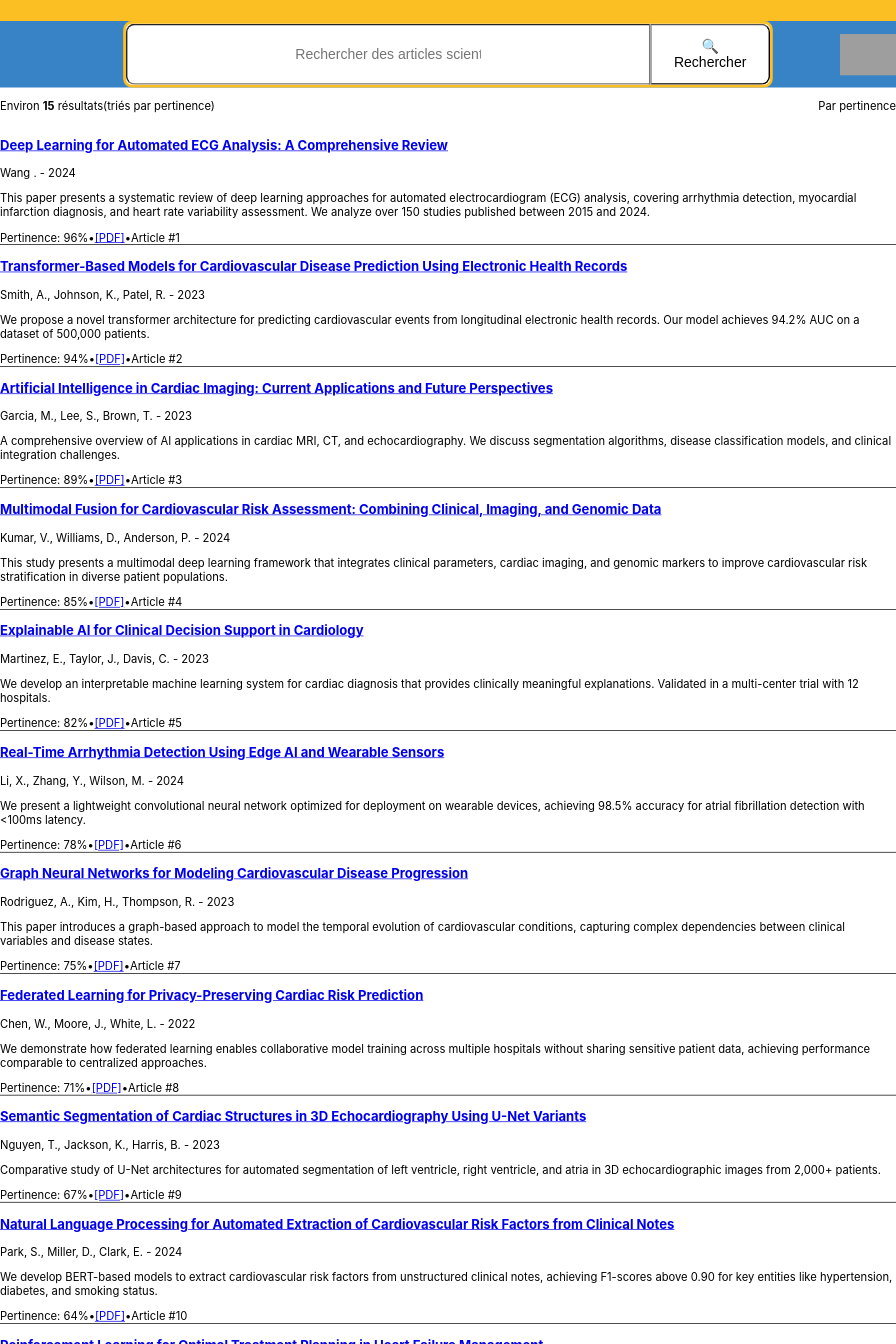
Repository: elh33/SemanticSciSearch
Page: / (app in frontend/)
The author's editor kept a copy of each file at every save. The page is drawn from the files as they stood at one save, then again after the next save.
The browser window is 1280 px wide. The pictures show the part of the page from y = 0 to 1920 px (the page is 2700 px tall), at 70% of full size.
Pictures or frames that could not be fetched are drawn as grey boxes. The project was rebuilt for these pictures with package versions that can differ from the ones it lists, and the page was loaded fresh each time.

Above is the page before, as saved 2025-11-21 23:22:11.

### frontend/index.html
<!DOCTYPE html>
<html lang="en">
  <head>
    <meta charset="UTF-8" />
    <meta name="viewport" content="width=device-width, initial-scale=1.0" />
    <title>SemanticSciSearch</title>
  </head>
  <body>
    <div id="root"></div>
    <script type="module" src="/src/index.tsx"></script>
  </body>
</html>

### frontend/src/index.tsx
import React from 'react';
import ReactDOM from 'react-dom';
import App from './App';
import './index.css';

ReactDOM.render(
  <React.StrictMode>
    <App />
  </React.StrictMode>,
  document.getElementById('root')
);

### frontend/src/App.tsx
import React from 'react';
// Importe le composant de recherche principal
import SearchResults from './components/SearchResults';

// Le composant App.tsx est le conteneur principal de l'application.
function App() {
  return (
    // Utilisation d'un fragment React (<>...</>) ou d'un <div> si tu as des styles globaux
    <>
      {/* Le composant SearchResults contient maintenant :
        - Le titre et le sous-titre de l'application.
        - La barre de recherche.
        - L'orchestration de la logique (appels à api.ts).
        - L'affichage de la liste des ArticleCard.
      */}
      <SearchResults />
    </>
  );
}

export default App;

### frontend/src/components/SearchResults.tsx
import React, { useState, useEffect } from 'react';
import { Article } from '../types';
import { searchArticles } from '../services/api';
import ArticleCard from './ArticleCard';

const SearchResults: React.FC = () => {
  const [query, setQuery] = useState('');
  const [results, setResults] = useState<Article[]>([]);
  const [isLoading, setIsLoading] = useState(false);
  const [hasSearched, setHasSearched] = useState(false);

  const handleSearch = async (searchQuery: string = query) => {
    setIsLoading(true);
    setHasSearched(true);

    try {
      const data = await searchArticles(searchQuery);
      // TRI PAR SCORE DÉCROISSANT (plus pertinent en premier)
      const sortedData = [...data].sort((a, b) => b.score - a.score);
      setResults(sortedData);
    } catch (error) {
      console.error("Erreur lors de la recherche:", error);
      setResults([]);
    } finally {
      setIsLoading(false);
    }
  };

  // Recherche initiale au chargement
  useEffect(() => {
    handleSearch('');
  }, []);

  const handleSubmit = (e: React.FormEvent) => {
    e.preventDefault();
    handleSearch();
  };

  return (
    <div className="min-h-screen bg-white">
      {/* BARRE JAUNE EN HAUT */}
      <div style={{ backgroundColor: '#fbbf24', height: '30px' }} className="w-full"></div>

      {/* En-tête avec fond bleu - GRANDE BARRE */}
      <div style={{ backgroundColor: '#3883c5ff' }} className="w-full sticky top-0 z-10 shadow-lg">
        <div className="max-w-7xl mx-auto px-4 py-8">
          <div className="flex items-center justify-between gap-6">
            {/* Espace vide à gauche pour centrer la barre */}
            <div className="flex-1"></div>

            {/* Barre de recherche au centre - ZONE PLUS GRANDE */}
            <form onSubmit={handleSubmit} className="flex-1 max-w-4xl">
              <div className="flex shadow-2xl" style={{ border: '4px solid #fbbf24', borderRadius: '12px', backgroundColor: 'white' }}>
                <input
                  type="text"
                  value={query}
                  onChange={(e) => setQuery(e.target.value)}
                  placeholder="Rechercher des articles scientifiques..."
                  className="flex-grow outline-none"
                  style={{
                    borderRadius: '12px 0 0 12px',
                    padding: '10px 240px',
                    fontSize: '20px'
                  }}
                />
                <button
                  type="submit"
                  className="text-white font-bold hover:opacity-90 transition-opacity"
                  style={{
                    backgroundColor: '#ffffffff',
                    borderRadius: '0 12px 12px 0',
                    padding: '18px 32px',
                    fontSize: '20px'
                  }}
                >
                  🔍 Rechercher
                </button>
              </div>
            </form>

            {/* Logo fleur.png à droite */}
            <div className="flex-1 flex justify-end">
              <img
                src="/fleur.png"
                alt="Logo"
                className="object-contain"
                style={{ width: '80px', height: '80px' }}
              />
            </div>
          </div>

        </div>
      </div>

      {/* Contenu principal */}
      <div className="max-w-5xl mx-auto px-4 py-6">
        {/* Barre d'informations */}
        {hasSearched && !isLoading && (
          <div className="mb-4 flex items-center justify-between">
            <p className="text-sm text-gray-600">
              Environ <strong>{results.length}</strong> résultat{results.length > 1 ? 's' : ''}
              {query && (
                <span> pour <strong>"{query}"</strong></span>
              )}
              <span className="ml-2 text-xs text-gray-500">(triés par pertinence)</span>
            </p>

            {/* Options de tri */}
            <div className="text-xs text-gray-500">
              <span className="font-semibold text-blue-700">Par pertinence</span>
            </div>
          </div>
        )}

        {/* Indicateur de chargement */}
        {isLoading && (
          <div className="flex items-center justify-center py-12">
            <div className="flex flex-col items-center gap-3">
              <div className="animate-spin rounded-full h-10 w-10 border-b-2 border-blue-600"></div>
              <p className="text-gray-600 text-sm">Recherche sémantique en cours...</p>
            </div>
          </div>
        )}

        {/* Liste des résultats */}
        {!isLoading && (
          <div className="bg-white">
            {results.length > 0 ? (
              results.map((article) => (
                <ArticleCard key={article.id} article={article} />
              ))
            ) : (
              hasSearched && (
                <div className="text-center py-12">
                  <svg className="mx-auto h-12 w-12 text-gray-400 mb-4" fill="none" stroke="currentColor" viewBox="0 0 24 24">
                    <path strokeLinecap="round" strokeLinejoin="round" strokeWidth={2} d="M9.172 16.172a4 4 0 015.656 0M9 10h.01M15 10h.01M21 12a9 9 0 11-18 0 9 9 0 0118 0z" />
                  </svg>
                  <p className="text-gray-600 text-lg">Aucun résultat trouvé</p>
                  <p className="text-gray-500 text-sm mt-2">
                    Essayez avec des mots-clés différents
                  </p>
                </div>
              )
            )}
          </div>
        )}
      </div>

      {/* Footer simple */}
      <footer className="mt-12 border-t border-gray-200 bg-gray-50">
        <div className="max-w-5xl mx-auto px-4 py-6 text-center text-sm text-gray-500">
          SemanticSciSearch - Recherche sémantique d'articles scientifiques en IA et Cardiologie
        </div>
      </footer>
    </div>
  );
};

export default SearchResults;

### frontend/src/services/api.ts
import { Article } from '../types';
import { MOCK_RESULTS } from '../data/mockData';
import axios from 'axios';

// 💡 INTERRUPTEUR : Passez à 'false' (ou commentez/supprimez) cette ligne
// UNIQUEMENT lorsque le Back-End FastAPI est prêt.
const USE_MOCK_DATA = true;

// URL de base lue depuis le .env pour le mode production
// Le .env doit contenir VITE_API_URL=http://localhost:8000
const API_BASE_URL = 'http://localhost:8000';

/**
 * Fonction principale de recherche d'articles.
 * Elle utilise soit les données mockées, soit l'API réelle.
 * @param query Le texte de la requête de l'utilisateur.
 * @returns Une promesse qui résout vers un tableau d'articles.
 */
export const searchArticles = async (query: string): Promise<Article[]> => {
  if (USE_MOCK_DATA) {
    // --- MODE MOCKÉ ---
    console.log(`[MOCK] Simulation de recherche pour: "${query}"`);

    // 1. Simuler le délai réseau (500ms) pour une meilleure expérience utilisateur
    await new Promise(resolve => setTimeout(resolve, 500));

    // 2. Simuler un filtre simple (recherche du mot-clé dans le titre)
    // S'il n'y a pas de requête (query vide), on renvoie tout.
    const lowerCaseQuery = query.toLowerCase();

    return MOCK_RESULTS.filter(article =>
        article.title.toLowerCase().includes(lowerCaseQuery) || lowerCaseQuery.length === 0
    );

  } else {
    // --- MODE PRODUCTION (Axios) ---
    console.log(`[AXIOS] Requête réelle vers: ${API_BASE_URL}/search pour: "${query}"`);

    try {
      // 1. Envoi de la requête POST à FastAPI
      const response = await axios.post(`${API_BASE_URL}/search`, { query });

      // 2. Retourne les données (TypeScript vérifie que c'est un tableau d'Articles)
      return response.data as Article[];

    } catch (error) {
      console.error("Erreur lors de l'appel à l'API de recherche:", error);
      // En cas d'échec de l'API, on renvoie un tableau vide
      return [];
    }
  }
};

### frontend/src/components/ArticleCard.tsx
import React from 'react';
import { Article } from '../types';

interface ArticleCardProps {
  article: Article;
}

const ArticleCard: React.FC<ArticleCardProps> = ({ article }) => {
  const scorePercent = (article.score * 100).toFixed(0);

  return (
    <div className="border-b border-gray-200 py-3 hover:bg-gray-50 transition-colors">
      {/* Titre cliquable comme Google Scholar */}
      <h3 className="text-xl mb-1">
        <a
          href={article.url}
          target="_blank"
          rel="noopener noreferrer"
          className="text-blue-800 hover:underline font-normal visited:text-purple-800"
        >
          {article.title}
        </a>
      </h3>

      {/* Auteurs et année */}
      <p className="text-sm text-gray-600 mb-2">
        {article.authors} - <span className="font-medium">{article.year}</span>
      </p>

      {/* Résumé */}
      <p className="text-sm text-gray-700 leading-relaxed mb-2">
        {article.abstract}
      </p>

      {/* Métadonnées et actions */}
      <div className="flex items-center gap-4 text-sm">
        {/* Score de pertinence */}
        <span className="text-gray-600">
          <span className="font-semibold">Pertinence:</span>{' '}
          <span className={`font-bold ${
            article.score > 0.8 ? 'text-green-600' :
            article.score > 0.5 ? 'text-yellow-600' :
            'text-gray-500'
          }`}>
            {scorePercent}%
          </span>
        </span>

        {/* Séparateur */}
        <span className="text-gray-400">•</span>

        {/* Lien PDF */}
        <a
          href={article.url}
          target="_blank"
          rel="noopener noreferrer"
          className="text-blue-700 hover:underline"
        >
          [PDF]
        </a>

        {/* Séparateur */}
        <span className="text-gray-400">•</span>

        {/* ID de l'article */}
        <span className="text-gray-400 text-xs">
          Article #{article.id}
        </span>
      </div>
    </div>
  );
};

export default ArticleCard;

### frontend/src/data/mockData.ts
import { Article } from '../types';

export const MOCK_RESULTS: Article[] = [
  {
    id: '1',
    title: 'Deep Learning for Automated ECG Analysis: A Comprehensive Review',
    abstract: "This paper presents a systematic review of deep learning approaches for automated electrocardiogram (ECG) analysis, covering arrhythmia detection, myocardial infarction diagnosis, and heart rate variability assessment. We analyze over 150 studies published between 2015 and 2024.",
    authors: "Wang .",
    year: 2024,
    score: 0.96,
    url: 'https://arxiv.org/pdf/2301.04634'
  },
  {
    id: '2',
    title: 'Transformer-Based Models for Cardiovascular Disease Prediction Using Electronic Health Records',
    abstract: "We propose a novel transformer architecture for predicting cardiovascular events from longitudinal electronic health records. Our model achieves 94.2% AUC on a dataset of 500,000 patients.",
    authors: "Smith, A., Johnson, K., Patel, R.",
    year: 2023,
    score: 0.94,
    url: 'https://arxiv.org/pdf/2305.12987'
  },
  {
    id: '3',
    title: 'Artificial Intelligence in Cardiac Imaging: Current Applications and Future Perspectives',
    abstract: "A comprehensive overview of AI applications in cardiac MRI, CT, and echocardiography. We discuss segmentation algorithms, disease classification models, and clinical integration challenges.",
    authors: "Garcia, M., Lee, S., Brown, T.",
    year: 2023,
    score: 0.89,
    url: 'https://arxiv.org/pdf/2203.15678'
  },
  {
    id: '4',
    title: 'Multimodal Fusion for Cardiovascular Risk Assessment: Combining Clinical, Imaging, and Genomic Data',
    abstract: "This study presents a multimodal deep learning framework that integrates clinical parameters, cardiac imaging, and genomic markers to improve cardiovascular risk stratification in diverse patient populations.",
    authors: "Kumar, V., Williams, D., Anderson, P.",
    year: 2024,
    score: 0.85,
    url: '/documents/multimodal-cardio-risk.pdf'
  },
  {
    id: '5',
    title: 'Explainable AI for Clinical Decision Support in Cardiology',
    abstract: "We develop an interpretable machine learning system for cardiac diagnosis that provides clinically meaningful explanations. Validated in a multi-center trial with 12 hospitals.",
    authors: "Martinez, E., Taylor, J., Davis, C.",
    year: 2023,
    score: 0.82,
    url: 'https://arxiv.org/pdf/2511.13703.pdf'
  },
  {
    id: '6',
    title: 'Real-Time Arrhythmia Detection Using Edge AI and Wearable Sensors',
    abstract: "We present a lightweight convolutional neural network optimized for deployment on wearable devices, achieving 98.5% accuracy for atrial fibrillation detection with <100ms latency.",
    authors: "Li, X., Zhang, Y., Wilson, M.",
    year: 2024,
    score: 0.78,
    url: '/documents/edge-ai-arrhythmia.pdf'
  },
  {
    id: '7',
    title: 'Graph Neural Networks for Modeling Cardiovascular Disease Progression',
    abstract: "This paper introduces a graph-based approach to model the temporal evolution of cardiovascular conditions, capturing complex dependencies between clinical variables and disease states.",
    authors: "Rodriguez, A., Kim, H., Thompson, R.",
    year: 2023,
    score: 0.75,
    url: 'https://arxiv.org/pdf/2204.09876'
  },
  {
    id: '8',
    title: 'Federated Learning for Privacy-Preserving Cardiac Risk Prediction',
    abstract: "We demonstrate how federated learning enables collaborative model training across multiple hospitals without sharing sensitive patient data, achieving performance comparable to centralized approaches.",
    authors: "Chen, W., Moore, J., White, L.",
    year: 2022,
    score: 0.71,
    url: '/documents/federated-cardiac.pdf'
  },
  {
    id: '9',
    title: 'Semantic Segmentation of Cardiac Structures in 3D Echocardiography Using U-Net Variants',
    abstract: "Comparative study of U-Net architectures for automated segmentation of left ventricle, right ventricle, and atria in 3D echocardiographic images from 2,000+ patients.",
    authors: "Nguyen, T., Jackson, K., Harris, B.",
    year: 2023,
    score: 0.67,
    url: '/documents/3d-echo-segmentation.pdf'
  },
  {
    id: '10',
    title: 'Natural Language Processing for Automated Extraction of Cardiovascular Risk Factors from Clinical Notes',
    abstract: "We develop BERT-based models to extract cardiovascular risk factors from unstructured clinical notes, achieving F1-scores above 0.90 for key entities like hypertension, diabetes, and smoking status.",
    authors: "Park, S., Miller, D., Clark, E.",
    year: 2024,
    score: 0.64,
    url: 'https://arxiv.org/pdf/2302.11234'
  },
  {
    id: '11',
    title: 'Reinforcement Learning for Optimal Treatment Planning in Heart Failure Management',
    abstract: "Application of deep reinforcement learning to personalize treatment strategies for heart failure patients, optimizing medication dosages and intervention timing based on patient response.",
    authors: "Ahmed, R., Lewis, G., Young, N.",
    year: 2022,
    score: 0.58,
    url: '/documents/rl-heart-failure.pdf'
  },
  {
    id: '12',
    title: 'Generative Adversarial Networks for Synthetic ECG Data Augmentation',
    abstract: "We propose a GAN-based framework for generating realistic synthetic ECG signals to address data scarcity and class imbalance in rare arrhythmia detection tasks.",
    authors: "Hoffman, P., Scott, A., King, V.",
    year: 2023,
    score: 0.52,
    url: '/documents/gan-ecg-augmentation.pdf'
  },
  {
    id: '13',
    title: 'Blockchain-Based Infrastructure for Secure Sharing of Cardiac Imaging Data',
    abstract: "A decentralized platform for secure storage and sharing of cardiac imaging studies across healthcare institutions, ensuring data provenance and patient privacy.",
    authors: "Green, T., Adams, F., Wright, M.",
    year: 2022,
    score: 0.45,
    url: '/documents/blockchain-cardiac-imaging.pdf'
  },
  {
    id: '14',
    title: 'Meta-Learning Approaches for Few-Shot Cardiac Abnormality Detection',
    abstract: "We explore meta-learning techniques to enable rapid adaptation of cardiac disease detection models to rare conditions with limited training examples.",
    authors: "Baker, L., Turner, S., Phillips, O.",
    year: 2023,
    score: 0.38,
    url: '/documents/meta-learning-cardiac.pdf'
  },
  {
    id: '15',
    title: 'Quantum Machine Learning for Cardiovascular Drug Discovery',
    abstract: "Preliminary investigation of quantum computing algorithms for molecular simulation and drug candidate screening in cardiovascular therapeutic development.",
    authors: "Collins, R., Morris, J., Cooper, W.",
    year: 2024,
    score: 0.22,
    url: '/documents/quantum-ml-cardio.pdf'
  }
];

Loaded but not shown: frontend/src/index.css (common file)

After the next save:
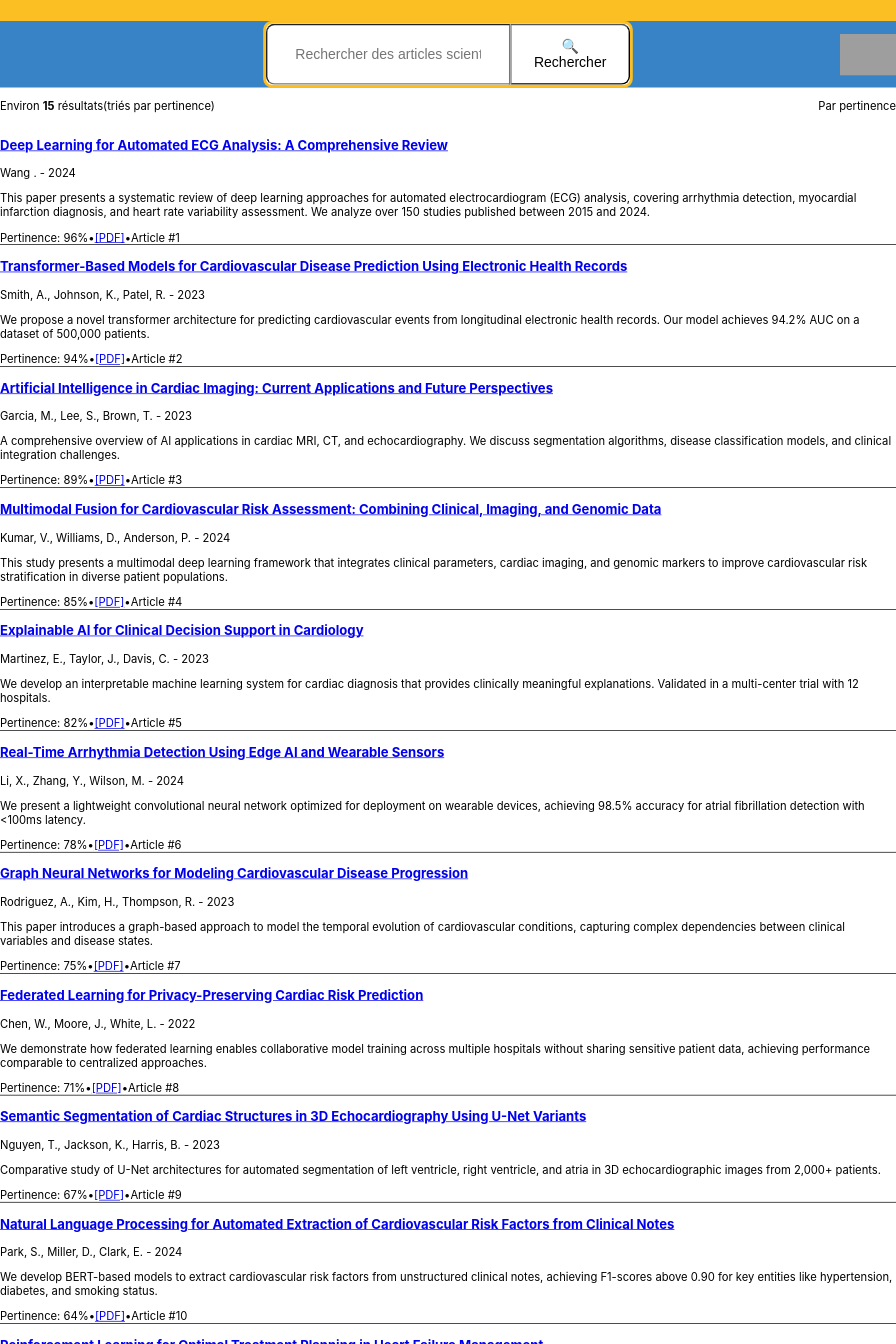
Saved 6 s later.
--- a/frontend/src/components/SearchResults.tsx
+++ b/frontend/src/components/SearchResults.tsx
@@ -59,7 +59,7 @@ const SearchResults: React.FC = () => {
                   className="flex-grow outline-none"
                   style={{
                     borderRadius: '12px 0 0 12px',
-                    padding: '10px 240px',
+                    padding: '10px 40px',
                     fontSize: '20px'
                   }}
                 />
